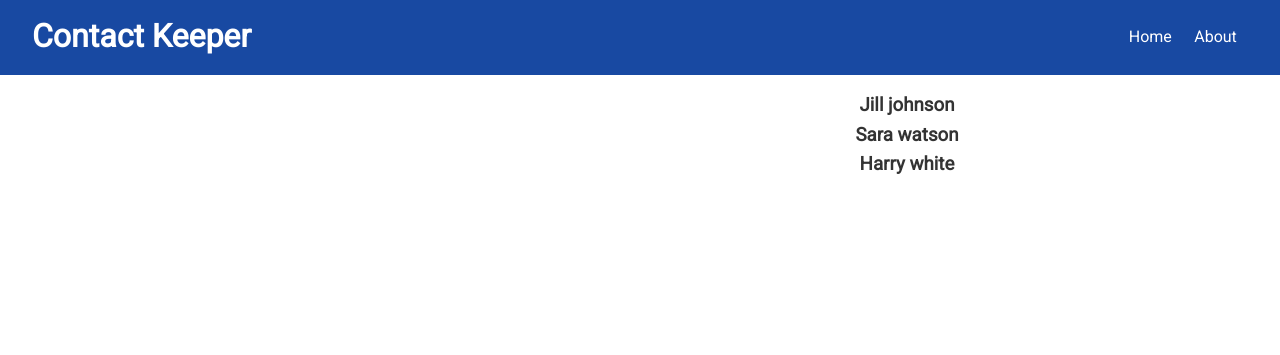
Repository: Izzazkhan/ContactStorage
Page: / (app in client/)
The author's editor kept a copy of each file at every save. The page is drawn from the files as they stood at one save, then again after a run of saves.
The browser window is 1280 px wide. The pictures show the whole page.
The project was rebuilt for these pictures with package versions that can differ from the ones it lists, and the page was loaded fresh each time. A package was used in the major version that the imports need, not the one package.json lists. Also part of the build but not shown: client/src/components/pages/About.js.

Above is the page before, as saved 2020-01-21 09:25:59.

After the next 3 saves:
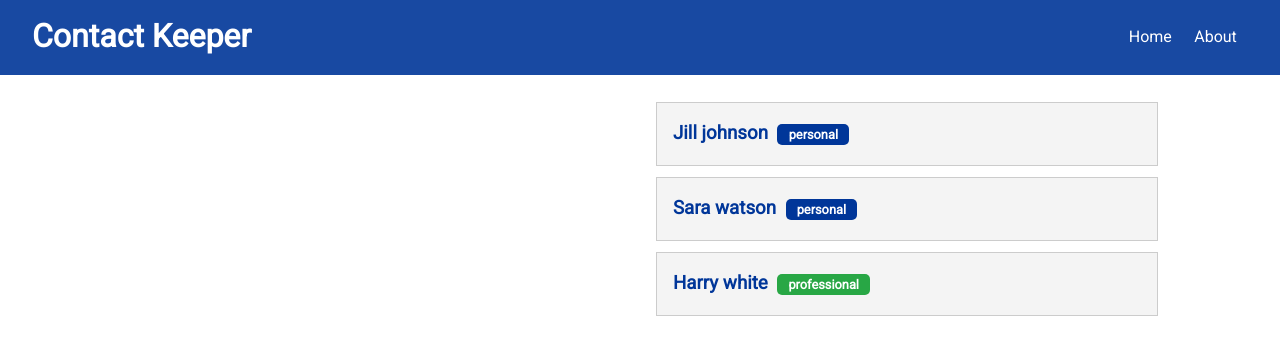
The 3 saves are shown as one change because 2 did not build or start.
The last was saved 2 min 25 s later.
--- a/client/src/components/contacts/Contacts.js
+++ b/client/src/components/contacts/Contacts.js
@@ -1,4 +1,5 @@
 import React, {Fragment, useContext} from 'react'
+import ContactItem from './ContactItem'
 import ContactContext from '../../context/contact/contactContext'
 const Contacts = () => {
     const contactContext = useContext(ContactContext);
@@ -6,7 +7,8 @@ const Contacts = () => {
     const {contacts} = contactContext
     return (
         <Fragment>
-            {contacts.map(contact => <h3>{contact.name}</h3>)}
+            {contacts.map(contact => <ContactItem key={contact.id} contact={contact} />
+            )}
         </Fragment>
     )
 }
--- a/client/src/components/contacts/ContactItem.js
+++ b/client/src/components/contacts/ContactItem.js
@@ -12,3 +12,5 @@ export const ContactItem = ({contact}) => {
         </div>
     )
 }
+
+export default ContactItem
